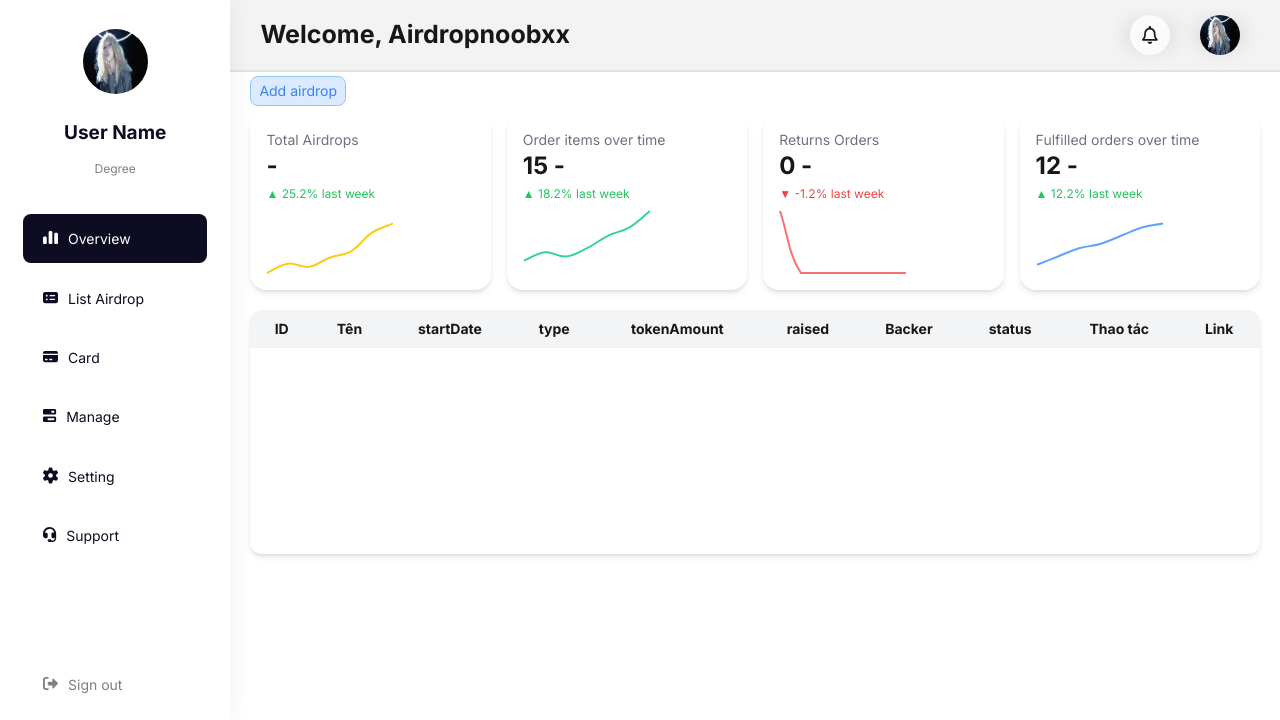
Repository: conGaStuer/airdropmamager
Page: /airdrops
These files come from the project's save history. The page is drawn as it stood at one moment and after the next save; the edit follows.
The browser window is 1280 px wide. The pictures show the whole page.
The page's requests for data from a server got no answer. The project was rebuilt for these pictures with package versions that can differ from the ones it lists, and the page was loaded fresh each time. The framework's server and built-in components were replaced by stand-ins that run in the browser. No one was signed in, and anything a server would have sent is missing. Also part of the build but not shown: next.config.ts.

Above is the page before, as saved 2025-05-28 19:09:40.

After the next save:
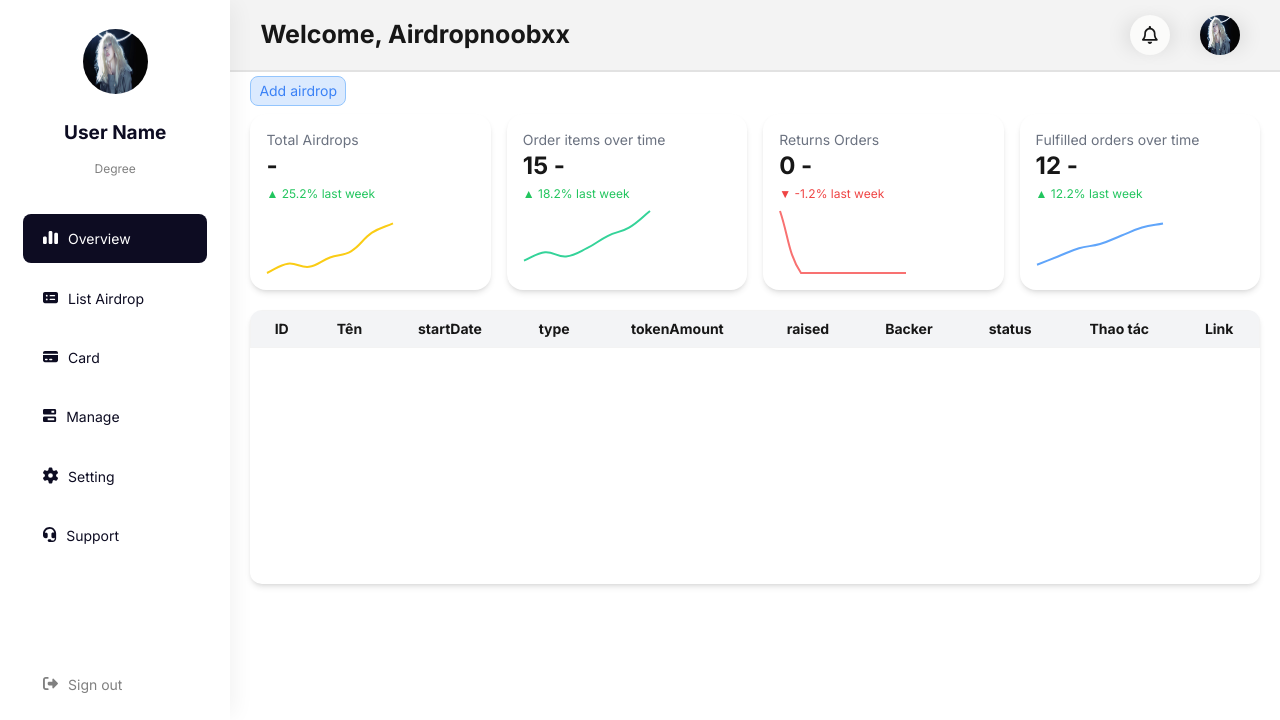
Saved 4 s later.
--- a/src/styles/table.scss
+++ b/src/styles/table.scss
@@ -1,7 +1,7 @@
 table {
   border: 1px solid #f3f3f3;
   border-radius: 16rem;
-  height: 220px;
+  height: 250px;
 }
 td {
   font-family: "Inter", sans-serif;
